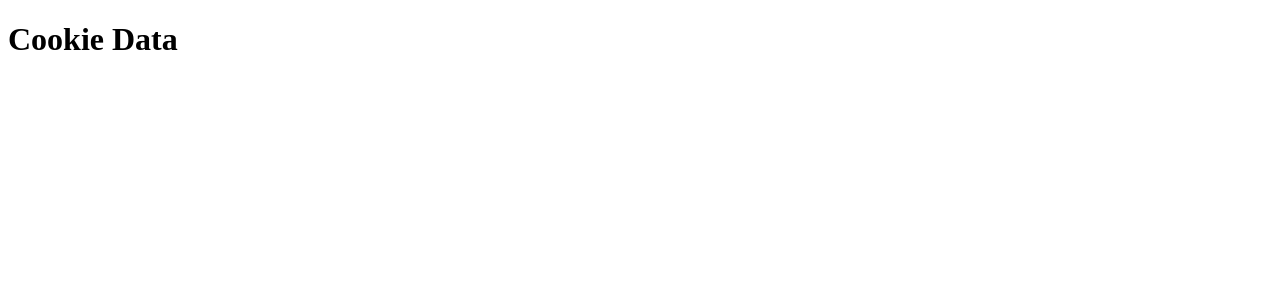
Repository: hhw9797/bitcampjn201904
Page: http://localhost/FirstWeb/cookie/viewCookie.jsp
These files come from the project's save history. The page is drawn as it stood at one moment and after the next save; the edit follows.
The browser window is 1280 px wide. The pictures show the whole page.
The page is served by Tomcat 9.

Above is the page before, as saved 2019-06-25 02:20:17.

After the next save:
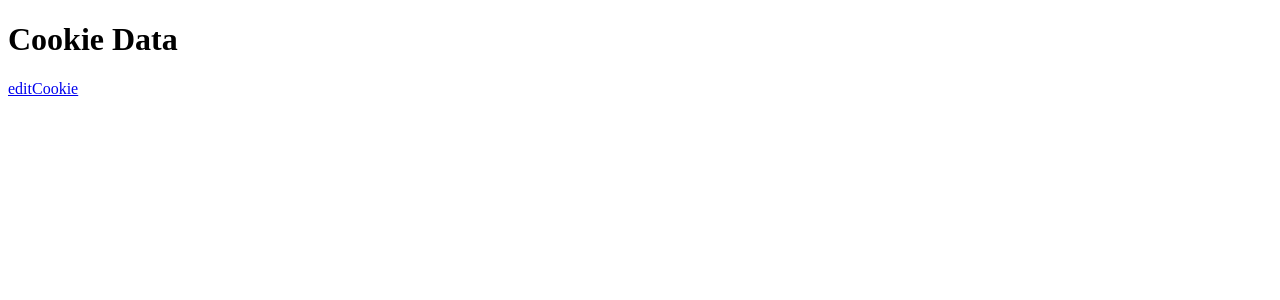
Saved 74 s later.
--- a/html/html5/jsp/FirstWeb/WebContent/cookie/viewCookie.jsp
+++ b/html/html5/jsp/FirstWeb/WebContent/cookie/viewCookie.jsp
@@ -32,5 +32,7 @@
 			}
 		}
 	%>
+
+<a href="editCookie.jsp">editCookie</a>
 </body>
 </html>
